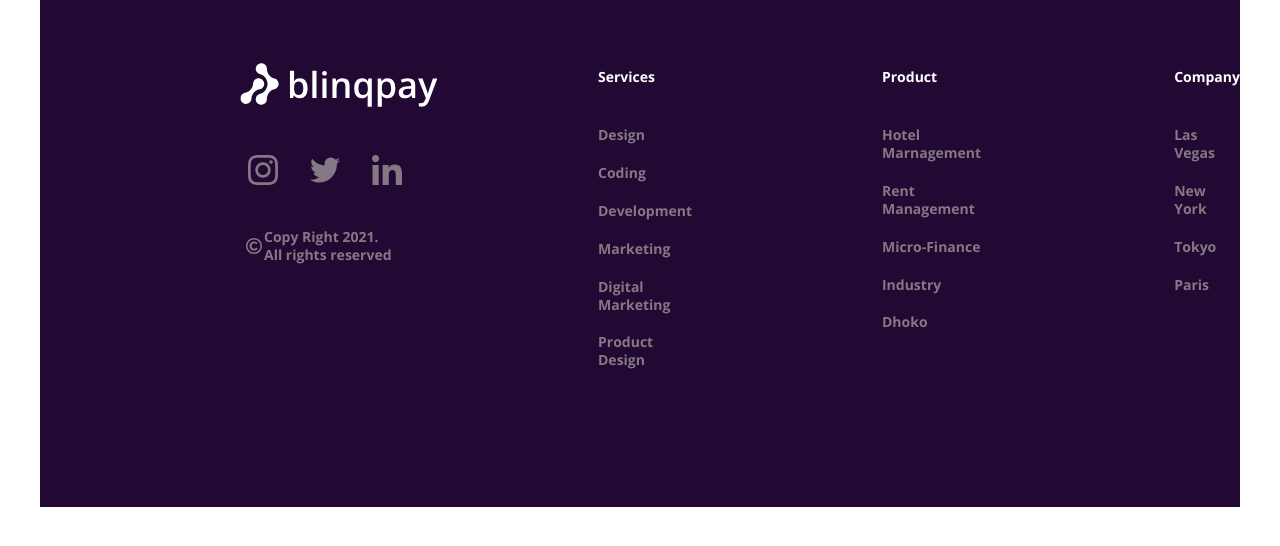
Repository: jabbarbergenoov/mobile-bling-py
Page: idnex.html
The author's editor kept a copy of each file at every save. The page is drawn from the files as they stood at one save, then again after a run of saves.
The browser window is 1280 px wide. The pictures show the whole page.

Above is the page before, as saved 2025-04-17 19:02:06.

### idnex.html
<!DOCTYPE html>
<html lang="en">
<head>
    <meta charset="UTF-8">
    <meta name="viewport" content="width=device-width, initial-scale=1.0">
    <title>Document</title>
    <link rel="stylesheet" href="./style/styl.css">
</head>
<body>
    <header class="arslan">

    </header>
    <main>
        <section class="chingiz"></section>
        <section class="ulugbek"></section>
        <section class="bekzad"></section>
        <section class="maftuna"></section>
        <section class="aydos"></section>
    </main>
    <footer class="behruz">
        <div class="container">
            <div class="footer">
                <div class="boxa">
                  <img src="./images/Logo.svg" alt="" class="iimg">
                  <div class="df">
                  <img src="./images/insta.svg" alt="" class="insta">
                  <img src="./images/twiter.svg" alt="" class="twiter">
                  <img src="./images/in.svg" alt="" class="in">
                  </div>
                  <div class="gh">
                  <img src="./images/c.svg" alt="" class="iimg2">
                  <p class="ssd">Copy Right 2021. <br>All rights reserved</p>
                  </div>
                </div>
                <div class="boxes">
                <div class="boxb">
                  <h2 class="word">Services</h2>
                  <p class="texts">Design</p>
                  <p class="texts">Coding</p>
                  <p class="texts">Development</p>
                  <p class="texts">Marketing</p>
                  <p class="texts">Digital Marketing</p>
                  <p class="texts">Product Design</p>
                </div>
                <div class="boxb">
                  <h2 class="word">Product</h2>
                  <p class="texts">Hotel Marnagement</p>
                  <p class="texts">Rent Management</p>
                  <p class="texts">Micro-Finance</p>
                  <p class="texts">Industry</p>
                  <p class="texts">Dhoko</p>
                </div>
                <div class="boxb">
                  <h2 class="word">Company</h2>
                  <p class="texts">Las Vegas</p>
                  <p class="texts">New York</p>
                  <p class="texts">Tokyo</p>
                  <p class="texts">Paris</p>
                </div>
                </div>
              </div>
            </div>
    </footer>
</body>
</html>

### style/styl.css
@import url(https://fonts.googleapis.com/css?family=Open+Sans:300,regular,500,600,700,800,300italic,italic,500italic,600italic,700italic,800italic);
* {
    margin: 0;
    padding: 0;
    box-sizing: border-box;
}
.container {
    padding: 0 15;
    width: 1200px;
    margin: 0 auto;
}
.footer {
    height: 689px;
    background: rgb(33, 9, 51);
    position: relative;
    bottom: 182px;
    display: flex;
    gap: 160px;
  }
  .iimg {
    padding-top: 242px;
    padding-left: 200px;
  }
  .df {
    display: flex;
    gap: 32px;
    padding-left: 208px;
    padding-top: 42px;
  }
  .gh {
    display: flex;
    gap: 2px;
    padding-left: 206px;
    padding-top: 43px;
  }

  .ssd {
    color: rgb(133, 120, 133);
    font-size: 14px;
    font-weight: 700;
    line-height: 128.6%;
    letter-spacing: 4%;
    font-family: Open Sans;
  }
  .word {
    color: rgb(255, 255, 255);
    font-size: 14px;
    font-weight: 700;
    line-height: 128.6%;
    letter-spacing: 4%;
    text-align: left;
    padding-bottom: 20px;
    font-family: Open Sans;

  }
  .texts {
    color: rgb(133, 120, 133);
    font-family: Open Sans;
    font-size: 14px;
    font-weight: 700;
    line-height: 128.6%;
    padding-top: 20px;
  }
  .boxb{
    padding-top: 250px;
  }
  .boxes{
    display: flex;
    gap: 190px;

  }

After the next 2 saves:
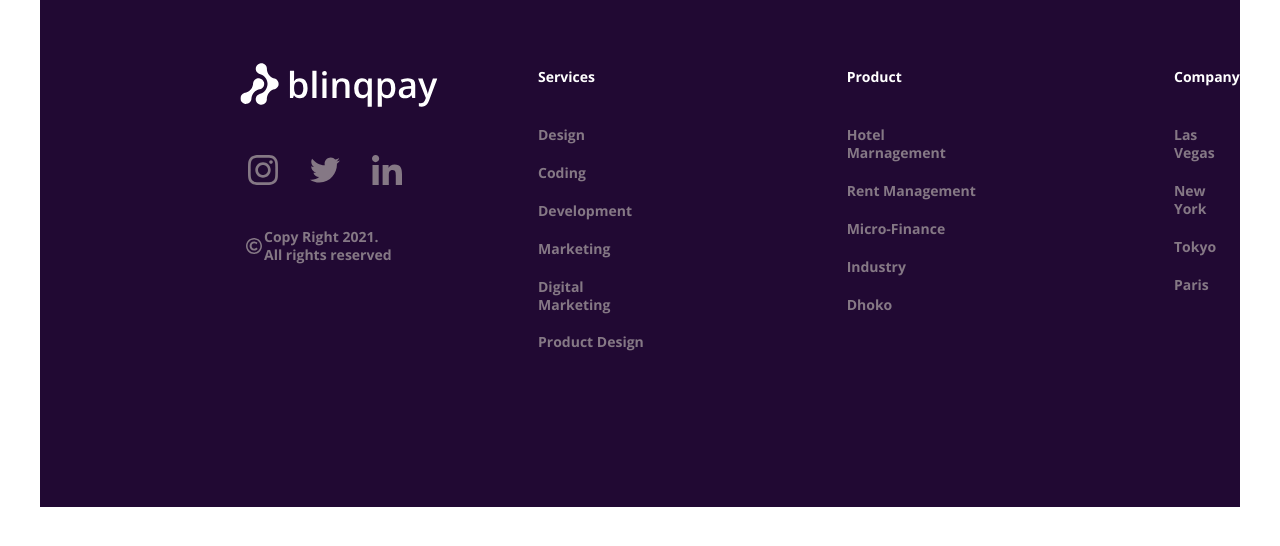
The 2 saves are shown as one change because they came seconds apart.
The last was saved 21 s later.
--- a/style/styl.css
+++ b/style/styl.css
@@ -15,7 +15,7 @@
     position: relative;
     bottom: 182px;
     display: flex;
-    gap: 160px;
+    gap: 100px;
   }
   .iimg {
     padding-top: 242px;
